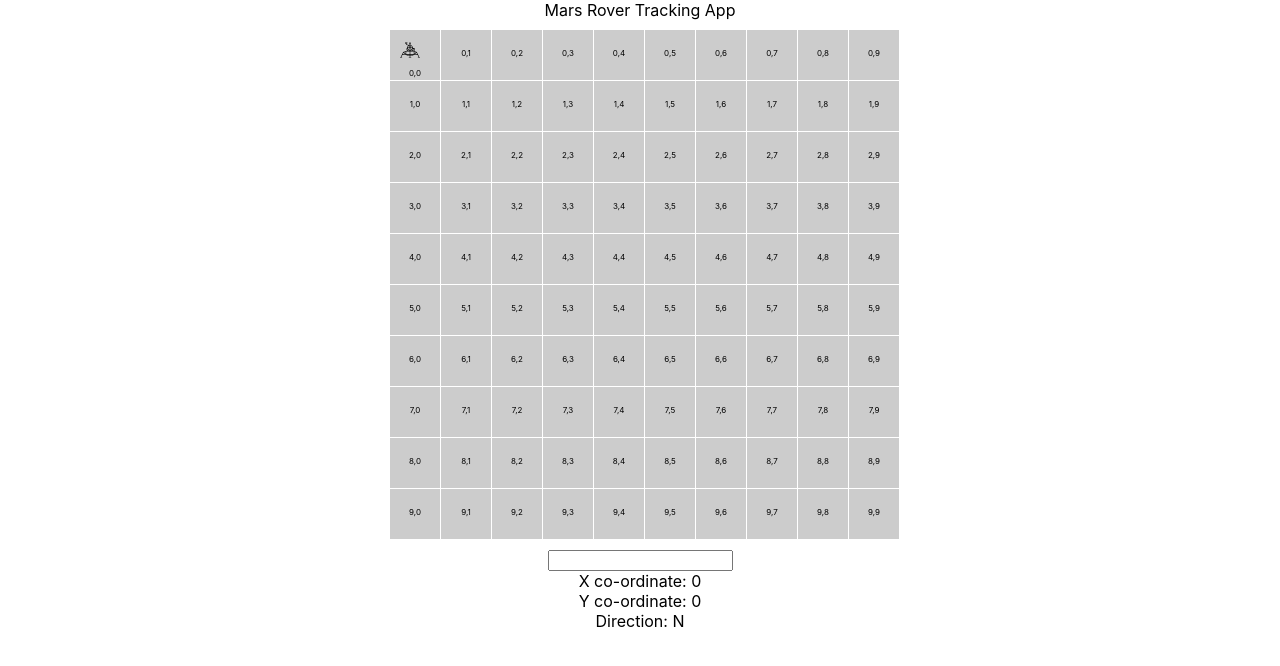
Repository: madhurisandbhor/Rover-Tracking-App
Page: /
An editor plug-in stored every save of this project. The page is shown before and after the next save, followed by the edit.
The browser window is 1280 px wide. The pictures show the whole page.
The project was rebuilt for these pictures with package versions that can differ from the ones it lists, and the page was loaded fresh each time.

Above is the page before, as saved 2021-09-06 19:11:23.

### src/App.js
import './App.css';
import Grid from './Grid'

function App() {
  return (
    <div className="App">
      <div>Mars Rover Tracking App</div>
      <Grid />
    </div>
  );
}

export default App;

### src/Grid.jsx
import React, { useState, useEffect } from 'react'
import { maxY, maxX, x, y, d } from './constants'
import testGrid from './testGrid'
import roverIcon from './svg/rover-icon.svg'

const wrapper = {
  width: '50%',
  margin: '10px auto',
}

const grid = {
  width: '500px',
  margin: '10px auto',
  display: 'grid',
  gridTemplateColumns: `repeat(${maxY + 1}, 50px)`,
  gridTemplateRows: `repeat(${maxX + 1}, 50px)`,
  gridGap: '1px',
}

const itemStyle = {
  padding: '10px',
  backgroundColor: '#ccc',
}

const itemSpan = {
  fontSize: '8px',
}

const roverImg = {
  width: '20px',
  height: '20px',
  alignText: 'center',
}

const Grid = () => {
  const gridLength = (maxX + 1) * (maxY + 1)
  const totalItems = Array(gridLength).fill()
  const [input, setInput] = useState('')
  const [roverXPosition, setRoverXPosition] = useState(x)
  const [roverYPosition, setRoverYPosition] = useState(y)
  const [roverDirection, setRoverDirection] = useState(d)
  const [transformProp, setTransformProp] = useState()

  useEffect(() => {
    const result = testGrid(input)
    setRoverXPosition(result[0]) // X-position
    setRoverYPosition(result[1]) // y-position
    setRoverDirection(result[2]) // direction

    if (roverDirection === 'N') setTransformProp('rotate(0deg)')
    else if (roverDirection === 'E') setTransformProp('rotate(90deg)')
    else if (roverDirection === 'S') setTransformProp('rotate(180deg)')
    else if (roverDirection === 'W') setTransformProp('rotate(-90deg)')
  }, [input, roverDirection])

  return (
    <div style={wrapper}>
      <div style={grid}>
        {totalItems.map((item, index) => (
          <div key={index} style={itemStyle}>
            {roverXPosition * 10 + roverYPosition === index && (
              <div style={roverImg}>
                <img
                  style={{ width: '100%', transform: transformProp }}
                  src={roverIcon}
                  alt="rover"
                />
              </div>
            )}
            <span style={itemSpan}>
              {Math.floor(index / 10)},{index % 10}
            </span>
          </div>
        ))}
      </div>
      <input
        name="inputString"
        value={input}
        onChange={(event) => setInput(event.target.value)}
      />
      <div>
        <div>X co-ordinate: {roverXPosition}</div>
        <div>Y co-ordinate: {roverYPosition}</div>
        <div> Direction: {roverDirection}</div>
      </div>
    </div>
  )
}

export default Grid

### src/constants.js
export const x = 0, y = 0, maxX = 9, maxY = 9;
export const d = 'N';
export const directionsToRight = ['N', 'E', 'S', 'W']
export const directionsToLeft = ['N', 'W', 'S', 'E']

### src/testGrid.js
import {
  x,
  y,
  d,
  directionsToRight,
  directionsToLeft,
  maxX,
  maxY,
} from './constants'

const testGrid = (testString) => {
  const roverPosition = [x, y, d]
  const testArr = testString.split('')

  for (let i = 0; i < testArr.length; i++) {
    if (testArr[i] === 'r') {
      let currDirIndex = directionsToRight.findIndex(
        (item) => item === roverPosition[2]
      )
      if (currDirIndex > -1 && currDirIndex < 3)
        roverPosition[2] = directionsToRight[currDirIndex + 1]
      else roverPosition[2] = directionsToRight[0]
    } else if (testArr[i] === 'l') {
      let currDirIndex = directionsToLeft.findIndex(
        (item) => item === roverPosition[2]
      )
      if (currDirIndex > -1 && currDirIndex < 3)
        roverPosition[2] = directionsToLeft[currDirIndex + 1]
      else roverPosition[2] = directionsToLeft[0]
    } else if (testArr[i] === 'f') {
      if (roverPosition[2] === 'E') {
        if (roverPosition[1] < maxY) roverPosition[1]++
        else roverPosition[1] = 0
      } else if (roverPosition[2] === 'S') {
        if (roverPosition[0] < maxX) roverPosition[0]++
        else roverPosition[0] = 0
      } else if (roverPosition[2] === 'N') {
        if (roverPosition[0] <= 0) roverPosition[0] = maxX
        else roverPosition[0]--
      } else if (roverPosition[2] === 'W') {
        if (roverPosition[1] <= 0) roverPosition[1] = maxY
        else roverPosition[1]--
      }
    }
  }

  return roverPosition
}

export default testGrid

Loaded but not shown: public/index.html (common file); src/index.js (common file); src/index.css (common file); src/App.css (common file)

After the next save:
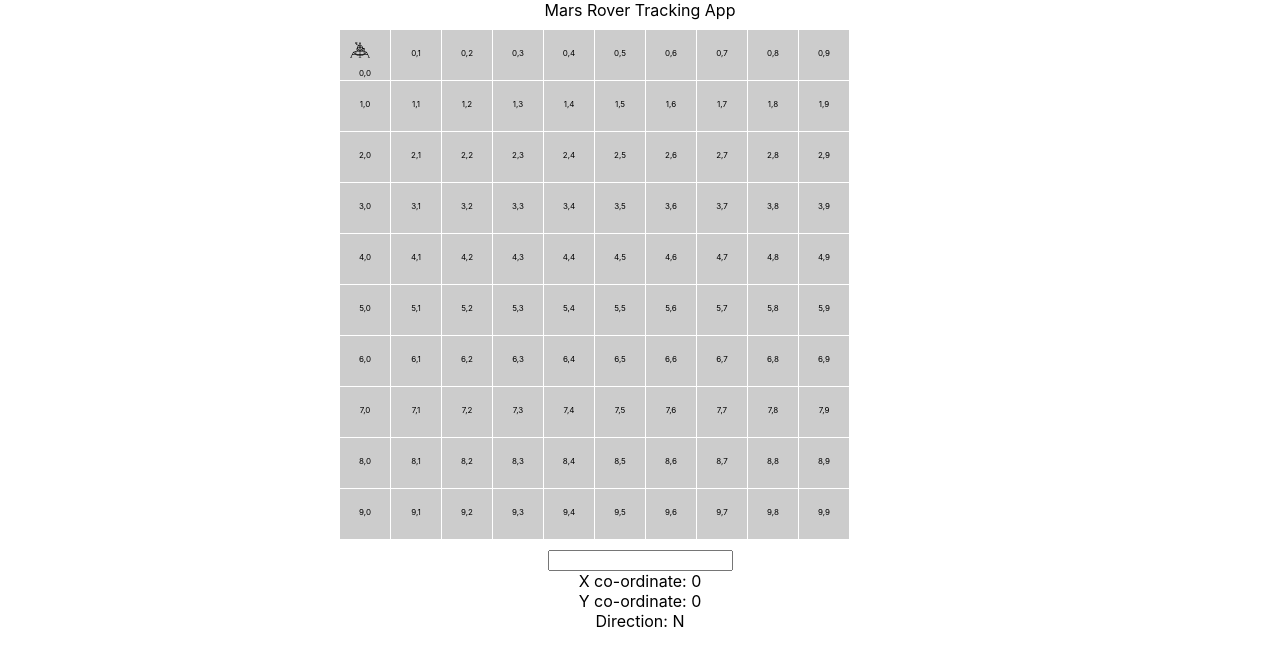
Saved 10 s later.
--- a/src/Grid.jsx
+++ b/src/Grid.jsx
@@ -9,7 +9,7 @@ const wrapper = {
 }
 
 const grid = {
-  width: '500px',
+  width: '600px',
   margin: '10px auto',
   display: 'grid',
   gridTemplateColumns: `repeat(${maxY + 1}, 50px)`,
